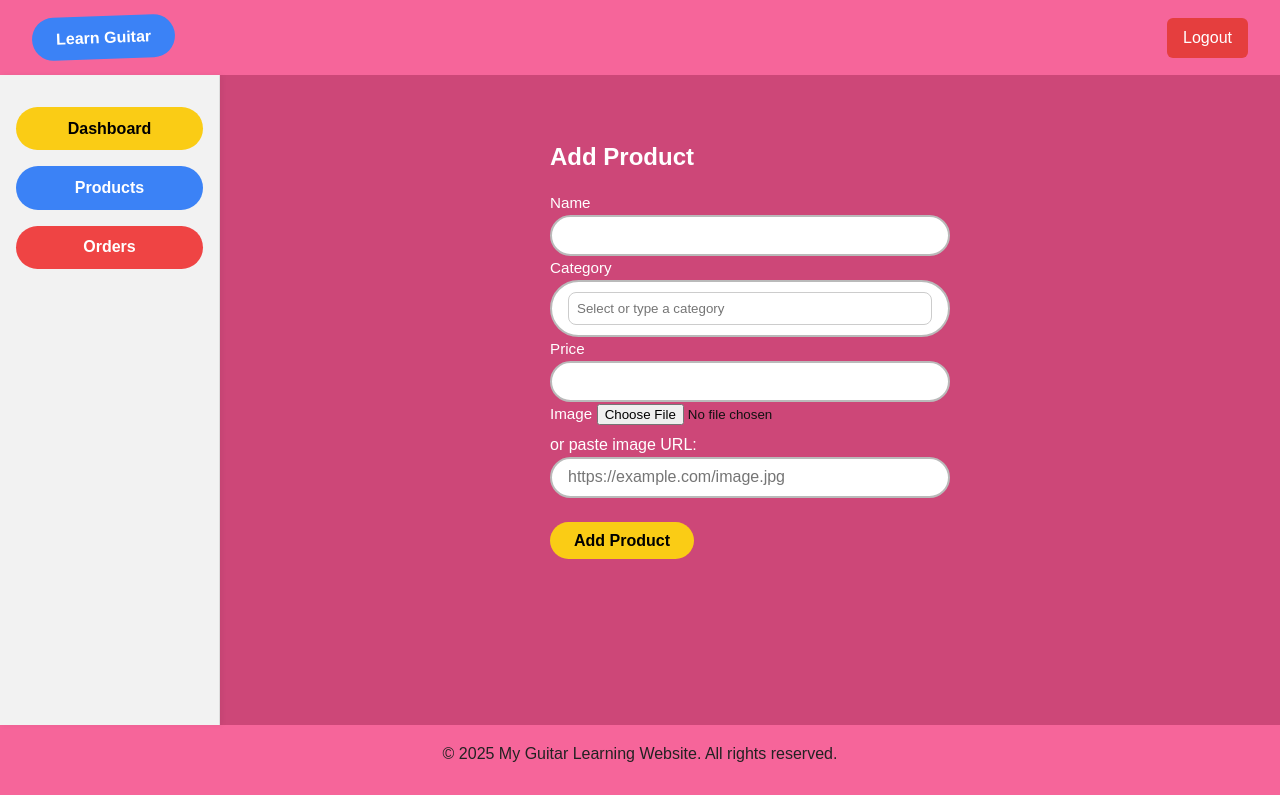
Repository: rywkoo/LearnGuitar
Page: templates/admin/addproduct.html
These files come from the project's save history. The page is drawn as it stood at one moment and after the next save; the edit follows.
The browser window is 1280 px wide. The pictures show the whole page.
The page is served by the project's application, run on Flask 3 (app.py). The template is opened directly, without the code that normally fills it, so the values that code supplies are empty.

Above is the page before, as saved 2025-08-25 22:37:43.

After the next save:
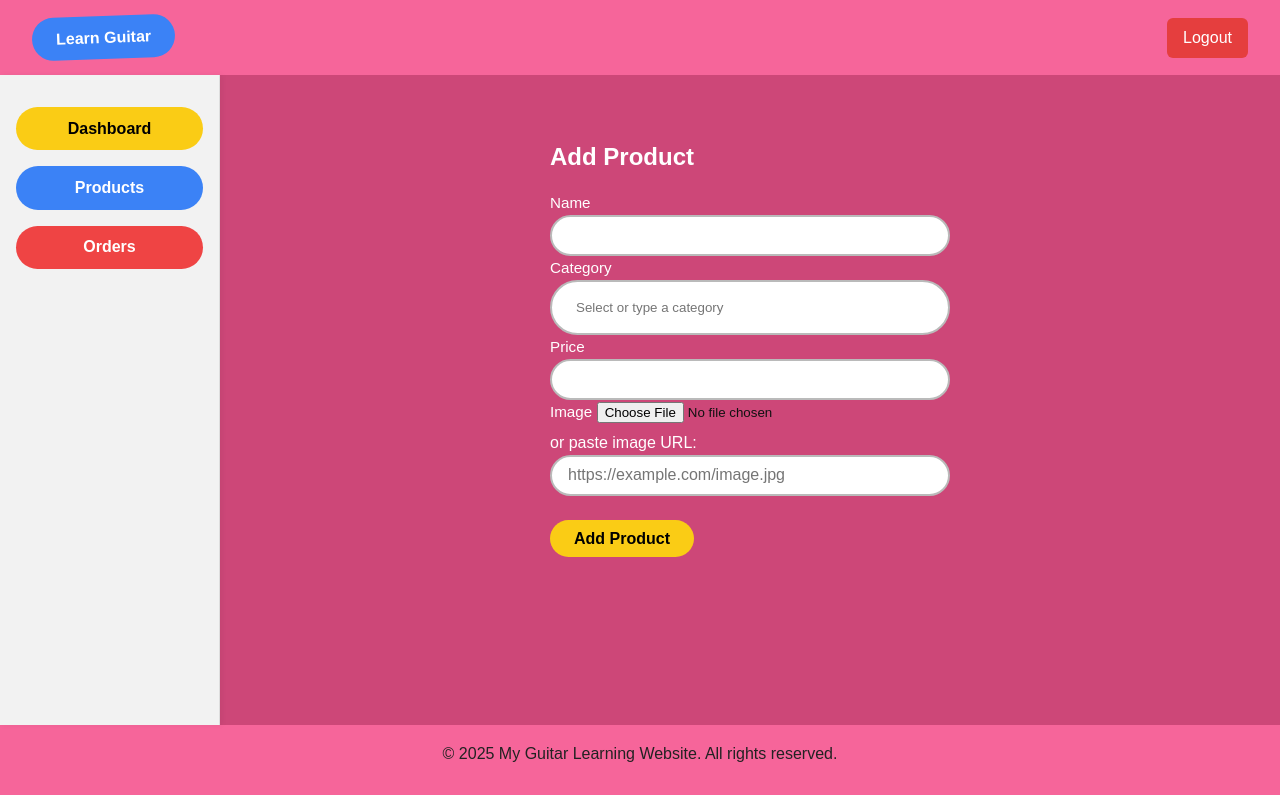
Saved 20 s later.
--- a/templates/admin/addproduct.html
+++ b/templates/admin/addproduct.html
@@ -69,7 +69,7 @@
                     autocomplete="off"
                     value="{{ product['category'] if product else '' }}"
                     required
-                    style="background-color: white; color: black;"
+                    style="background-color: white; color: black; border: 0;"
                 >
                 <ul class="dropdown-list" id="categoryList">
                     {% for cat in categories %}
